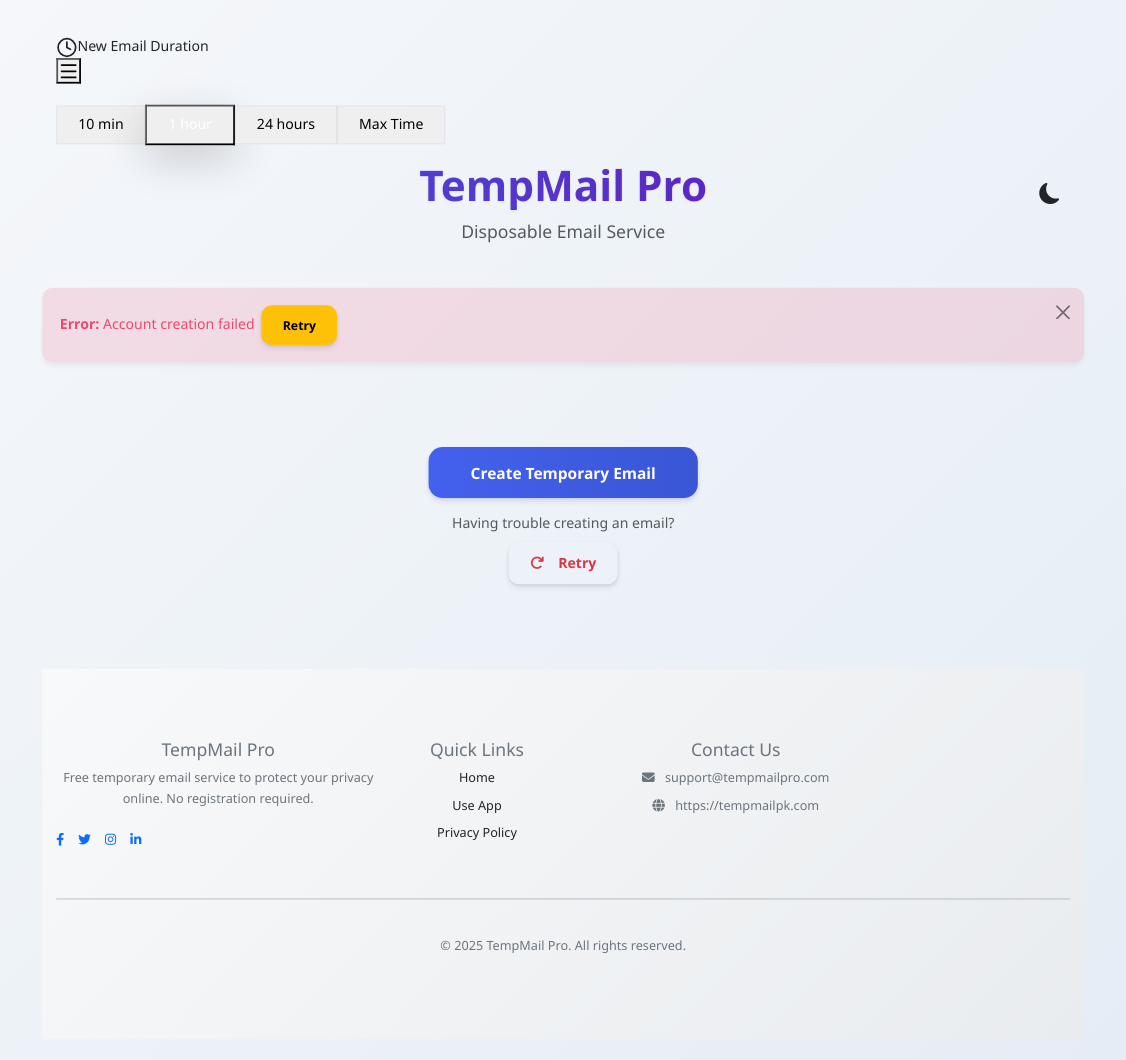
Repository: Wikibro/temp-mail-pro-frontend
Page: /app
The author's editor kept a copy of each file at every save. The page is drawn from the files as they stood at one save, then again after the next save.
The browser window is 1280 px wide. The pictures show the whole page, at 88% of full size.
The page's requests for data from a server got no answer. The project was rebuilt for these pictures with package versions that can differ from the ones it lists, and the page was loaded fresh each time. No one was signed in, and anything a server would have sent is missing. Also part of the build but not shown: vite.config.js, src/components/AccountManager.jsx, src/components/Inbox.jsx, src/components/Privacy.jsx, src/components/BlogPost.jsx, src/components/FAQSection.jsx, src/components/BlogList.jsx, src/components/Landing.jsx and 1 more.

Above is the page before, as saved 2025-09-03 18:50:18.

After the next save:
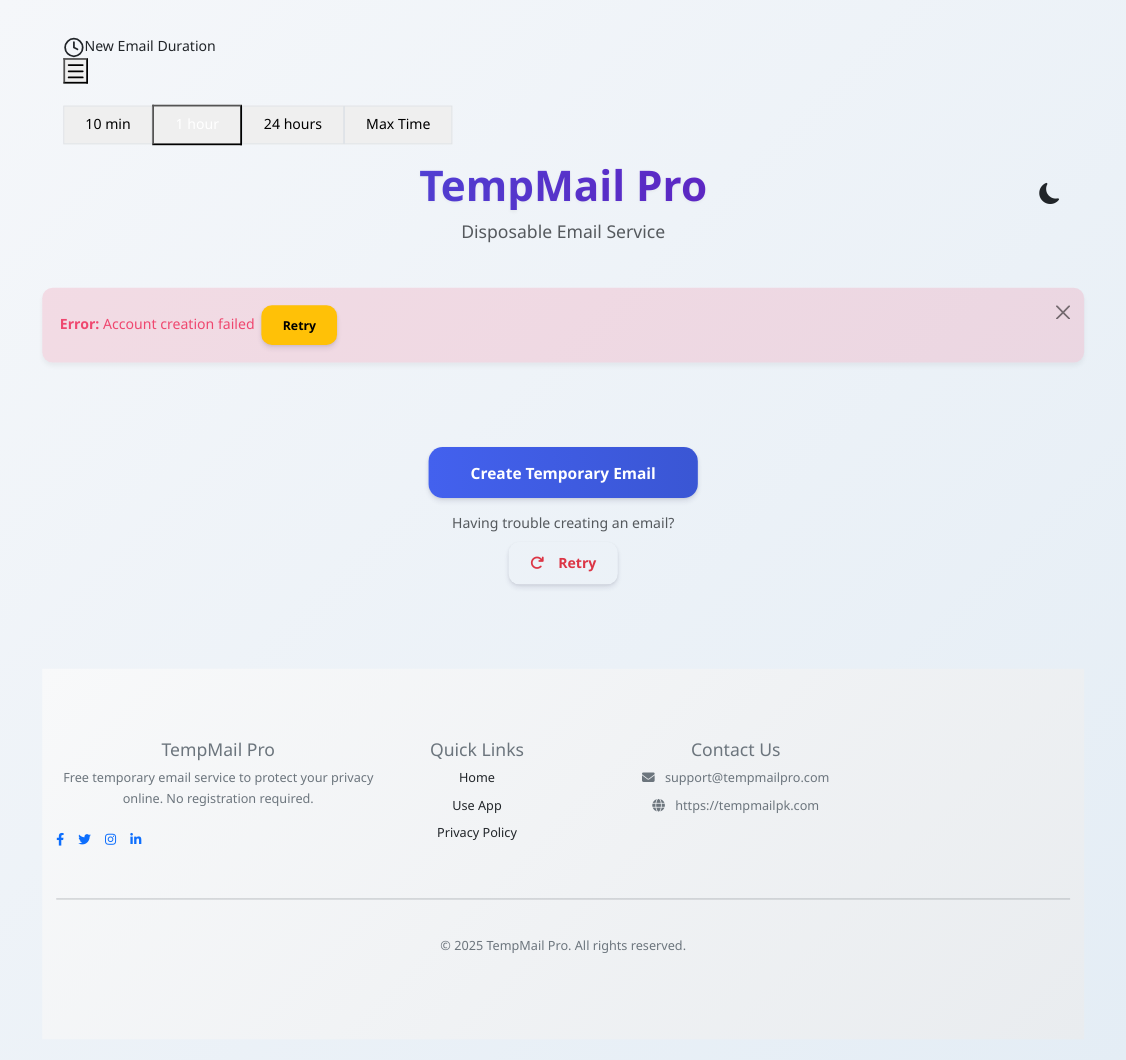
Saved 9 min 0 s later.
--- a/src/components/Navbar.jsx
+++ b/src/components/Navbar.jsx
@@ -49,11 +49,21 @@
 // export default Navbar;
 
 
-
-import React from "react";
-import { Menu, X, Clock } from "lucide-react"; // modern icons
+import React, { useEffect, useState } from "react";
+import { Menu, X, Clock } from "lucide-react";
 
 const Navbar = ({ emailDuration, setDuration, isNavExpanded, setIsNavExpanded }) => {
+  const [scrolled, setScrolled] = useState(false);
+
+  // Add scroll effect
+  useEffect(() => {
+    const handleScroll = () => {
+      setScrolled(window.scrollY > 20);
+    };
+    window.addEventListener("scroll", handleScroll);
+    return () => window.removeEventListener("scroll", handleScroll);
+  }, []);
+
   const options = [
     { label: "10 min", value: "10min" },
     { label: "1 hour", value: "1hour" },
@@ -62,17 +72,23 @@
   ];
 
   return (
-    <nav className="w-full bg-white/80 backdrop-blur-md shadow-md rounded-2xl p-3 mb-6">
-      <div className="max-w-6xl mx-auto flex justify-between items-center">
+    <nav
+      className={`fixed top-0 left-0 w-full z-50 transition-all duration-300 ${
+        scrolled ? "bg-white shadow-md" : "bg-white/90 backdrop-blur-md"
+      }`}
+    >
+      <div className="max-w-6xl mx-auto flex justify-between items-center px-4 py-3">
         {/* Branding */}
         <div className="flex items-center gap-2">
           <Clock className="w-6 h-6 text-blue-600" />
-          <span className="text-lg font-semibold text-gray-800">New Email Duration</span>
+          <span className="text-lg font-semibold text-gray-900">
+            New Email Duration
+          </span>
         </div>
 
         {/* Mobile Toggle */}
         <button
-          className="md:hidden text-gray-600 hover:text-gray-900"
+          className="md:hidden text-gray-700 hover:text-gray-900"
           onClick={() => setIsNavExpanded(!isNavExpanded)}
           aria-label="Toggle navigation"
         >
@@ -92,8 +108,8 @@
               className={`px-4 py-2 rounded-xl text-sm font-medium transition-all duration-200
                 ${
                   emailDuration === opt.value
-                    ? "bg-blue-600 text-white shadow-lg scale-105"
-                    : "border border-gray-300 text-gray-700 hover:bg-gray-100"
+                    ? "bg-blue-600 text-white shadow-md scale-105"
+                    : "border border-gray-300 text-gray-800 hover:bg-gray-100"
                 }`}
             >
               {opt.label}
